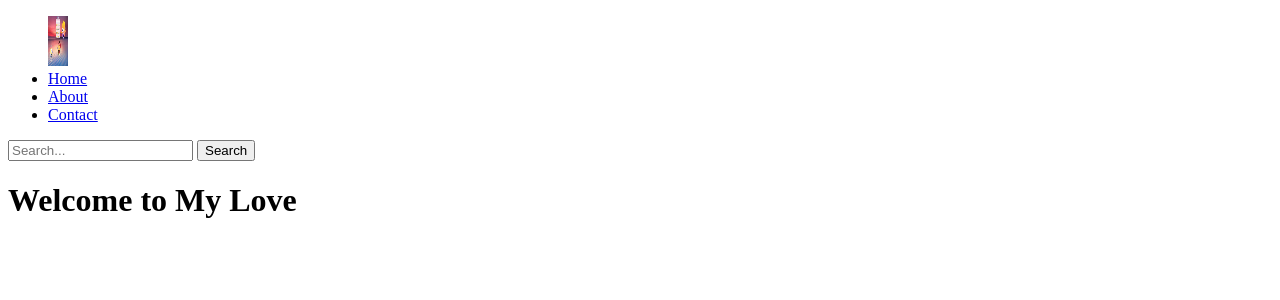
Repository: JishuChouhan/MyCode
Page: index.html
These files come from the project's save history. The page is drawn as it stood at one moment and after the next save; the edit follows.
The browser window is 1280 px wide. The pictures show the whole page.

Above is the page before, as saved 2025-02-16 23:58:26.
Not found: styles.css

### index.html
<!DOCTYPE html>
<html lang="en">
<head>
    <meta charset="UTF-8">
    <meta name="viewport" content="width=device-width, initial-scale=1.0">
    <link rel="stylesheet" href="styles.css">
    <title>My Lovely Gituu</title>
</head>
<body>
   <nav>
      <ul>
         <img height="50px" width="20px" src="data:[embedded picture, 13551 characters]" alt="">
         <li><a href="#home">Home</a></li>
         <li><a href="#about">About</a></li>
         <li><a href="#contact">Contact</a></li>
      </ul>
      <form action="/submit_form">
         <input type="text" placeholder="Search...">
         <button type="submit">Search</button>
      </form>
      </div>
   </nav>
   <div class="">
      <h1>Welcome to My Love</h1>

   </div>
</body>
</html>

### index.css
*{
    margin: 0;
    padding: 0;
    box-sizing: border-box;
}

ul{
    display: flex;
}

After the next save:
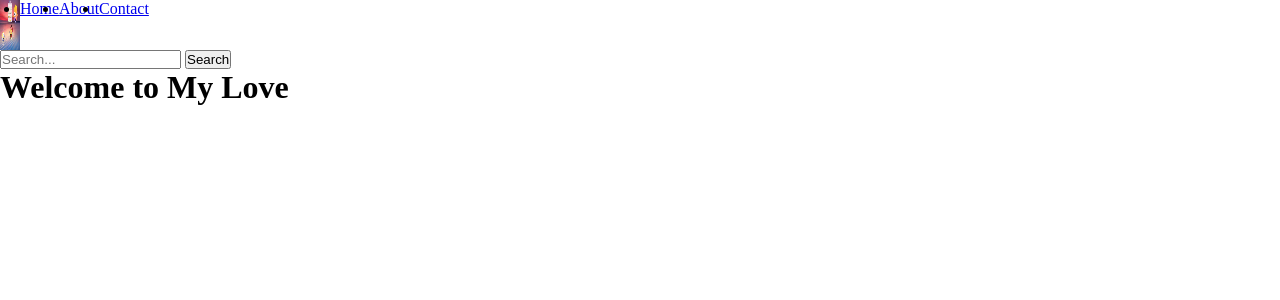
Saved 27 s later.
--- a/index.html
+++ b/index.html
@@ -3,7 +3,7 @@
 <head>
     <meta charset="UTF-8">
     <meta name="viewport" content="width=device-width, initial-scale=1.0">
-    <link rel="stylesheet" href="styles.css">
+    <link rel="stylesheet" href="index.css">
     <title>My Lovely Gituu</title>
 </head>
 <body>
